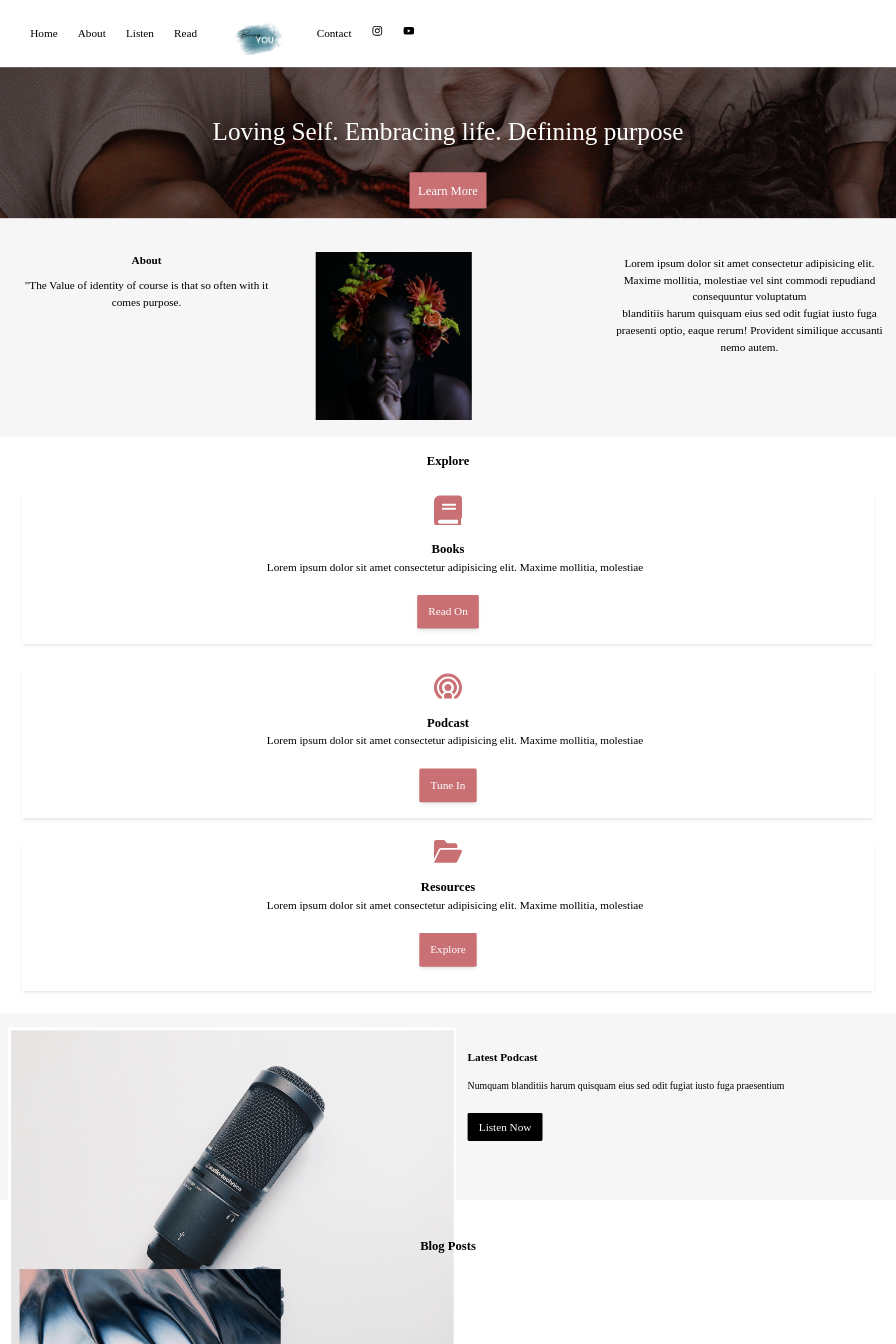
Repository: BrightonMboya/being-you
Page: /
The author's editor kept a copy of each file at every save. The page is drawn from the files as they stood at one save, then again after the next save.
The browser window is 1280 px wide. The pictures show the part of the page from y = 0 to 1920 px (the page is 2948 px tall), at 70% of full size.
The project was rebuilt for these pictures with package versions that can differ from the ones it lists, and the page was loaded fresh each time.

Above is the page before, as saved 2022-05-29 10:33:27.

### src/index.css
@tailwind base;
@tailwind components;
@tailwind utilities;

@layer base {
    html {
        font-family: Cormorant Garamond;
    }
}

### src/App.js
import React from "react";
import NavBar from './Components/Navbar/NavBar';
import HeroSection from "./Components/Hero-Section/HeroSection";
import About from "./Components/About/About"
import Explore from "./Components/Podcast/Explore";
import Podcast from "./Components/Podcast/Podcast";
import Blogs from "./Components/Blog/Blogs";
import Footer from "./Components/Footer/Footer";

function App() {
  return (
    <React.Fragment>
     <NavBar/>
     <HeroSection/>
     <About/>
     <Explore/>
     <Podcast/>
     <Blogs/>
     <Footer/>
    </React.Fragment>
  );
}

export default App;

### src/Components/Navbar/NavBar.jsx
import React, { useState } from 'react'
import { Link } from 'react-scroll'
import logo from '../../assets/logo.png'
import { FaBars, FaTimes, FaInstagram, FaYoutube } from 'react-icons/fa'

const NavBar = () => {
  const [nav, setNav] = useState(false)
  const handleClick = () => setNav(!nav)
  return (
    <React.Fragment>
      <div className="flex items-center justify-between shadow-md">
        <div className="md:hidden">
          <img src={logo} alt="" className="object-cover w-28 h-28" />
        </div>

        {/* menu */}
        <ul className="hidden md:flex gap-[4vh] ml-[6vh] mt-4">
          <li className="mt-5">
            <Link to="home" smooth={true} duration={500}>
              Home
            </Link>
          </li>
          <li className="mt-5">
            <Link to="about" smooth={true} duration={500}>
              About
            </Link>
          </li>
          <li className="mt-5">
            <Link to="listen" smooth={true} duration={500}>
              Listen
            </Link>
          </li>
          <li className="mt-5">
            <Link to="read" smooth={true} duration={500}>
              Read
            </Link>
          </li>
          <li>
            <img src={logo} alt="" className="object-cover w-30 h-20" />
          </li>
          <li className="mt-5">
            <Link to="contact" smooth={true} duration={500}>
              Contact
            </Link>
          </li>
          <li className="mt-5">
            <FaInstagram className="w-full" />
          </li>
          <li className="mt-5">
            <FaYoutube />
          </li>
        </ul>

        {/* Hamburger Menu */}
        <div className="md:hidden z-10" onClick={handleClick}>
          {!nav ? (
            <FaBars className="text-2xl w-full mr-8" />
          ) : (
            <FaTimes className="text-3xl  mr-3" />
          )}
        </div>

        {/* mobile menu */}
        <ul
          className={
            !nav
              ? 'hidden'
              : 'absolute top-0 left-0 w-full h-[60vh] flex flex-col justify-center items-center'
          }
        >
          <li className="text-2xl py-5">
            <Link onClick={handleClick} to="home" smooth={true} duration={500}>
              Home
            </Link>
          </li>
          <li className="text-2xl">
            <Link to="about" smooth={true} duration={500}>
              About
            </Link>
          </li>
          <li className="text-2xl">
            <Link to="listen" smooth={true} duration={500}>
              Listen
            </Link>
          </li>
          <li className="text-2xl">
            <Link to="read" smooth={true} duration={500}>
              Read
            </Link>
          </li>

          <li className="text-2xl">
            <Link to="contact" smooth={true} duration={500}>
              Contact
            </Link>
          </li>
        </ul>
      </div>
    </React.Fragment>
  )
}

export default NavBar

### src/Components/Hero-Section/HeroSection.jsx
import React from 'react'
import hero from '../../assets/hero.png'

const HeroSection = () => {
  return (
    <div
      style={{
        backgroundImage: `url(${hero})`,
        objectPosition: 'cover',
      }}
      className="object-cover bg-cover bg-no-repeat h-[30vh] md:h-[30vh]"
    >
      <div className="flex flex-col items-center justify-center pt-[7vh]">
        <h3 className="text-center text-xl text-white font-medium py-[3vh] md:text-4xl">
          Loving Self. Embracing life. Defining purpose
        </h3>

        <button className="bg-[#C87073] text-white py-1.5 mt-4 px-2.5 rounded-sm font-normal text-base md:py-3 px-3 text-lg">
          Learn More
        </button>
      </div>
    </div>
  )
}

export default HeroSection

### src/Components/About/About.jsx
import React from "react";
import about from "../../assets/about.jpg";

const About = () => {
  return (
    <div className="flex flex-col justify-center items-center bg-[#F6F6F6]">
      <div className="py-6 md:grid grid-cols-3 gap-3">
        <div className="mt-6">
          <h3 className="text-center font-semibold">About</h3>
          <p className="text-center px-4 md:mt-3">
            "The Value of identity of course is that so often with it comes
            purpose.
          </p>
        </div>
        <div>
          <img src={about} alt="" className="mt-6 px-[10vh] h-60 md:px-5" />
        </div>
        <p className="text-center px-3 text-sm mt-7 md:text-base">
          Lorem ipsum dolor sit amet consectetur adipisicing elit. Maxime
          mollitia, molestiae vel sint commodi repudiand consequuntur voluptatum
          <br />
          blanditiis harum quisquam eius sed odit fugiat iusto fuga praesenti
          optio, eaque rerum! Provident similique accusanti nemo autem.
        </p>
      </div>
    </div>
  );
};

export default About;

### src/Components/Podcast/Explore.jsx
import React from "react";
import ExploreCard from "./ExploreCard";
import book from "../../assets/book.svg";
import podcast from "../../assets/podcast.svg";
import resources from "../../assets/resources.svg";

const Explore = () => {
  return (
    <div className="mt-5">
      <h3 className="text-center font-semibold text-lg">Explore</h3>
      <div className="flex flex-col px-8">
        <ExploreCard
          image={book}
          title="Books"
          description="Lorem ipsum dolor sit amet consectetur adipisicing elit. Maxime mollitia, molestiae "
          action="Read On"
        />
        <ExploreCard
          image={podcast}
          title="Podcast"
          description="Lorem ipsum dolor sit amet consectetur adipisicing elit. Maxime mollitia, molestiae "
          action="Tune In"
        />
        <ExploreCard
          image={resources}
          title="Resources"
          description="Lorem ipsum dolor sit amet consectetur adipisicing elit. Maxime mollitia, molestiae "
          action="Explore"
        />

      </div>
    </div>
  );
};

export default Explore;

### src/Components/Podcast/Podcast.jsx
import React from "react";
import mic from "../../assets/mic.jpg";

const Podcast = () => {
  return (
    <div className="bg-[#F6F6F6] mt-8 h-[37vh]">
      <div className="grid grid-cols-2">
        <img
          src={mic}
          alt=""
          className="h-full w-25 object-cover ml-3  mt-5 border-4 border-white"
        />
        <div className="mt-[7vh] ml-7">
          <h3 className="font-semibold">Latest Podcast</h3>
          <p className="text-sm mr-5 mt-5">
            Numquam blanditiis harum quisquam eius sed odit fugiat iusto fuga
            praesentium
          </p>

          <button className="mt-7 bg-black text-white px-4 py-2 rounded-sm shadow-mdF">
            Listen Now
          </button>
        </div>
      </div>
    </div>
  );
};

export default Podcast;

### src/Components/Blog/Blogs.jsx
import React from "react";
import BlogCard from "./BlogCard";
import blog from "../../assets/blog.png";

const Blogs = () => {
  return (
    <div>
      <div className="mt-[7vh]">
        <h3 className="text-center font-semibold text-lg">Blog Posts</h3>
        <div>
          <BlogCard
            image={blog}
            title="Stay positive this blue monday"
            description="Looking for ways to reduce back pain during an episode of
            discomfort or manage your bad back in a more effective manner? Check out this guide from..."
          />
          <BlogCard
            image={blog}
            title="5 tips to reduce back pain"
            description="Looking for ways to reduce back pain during an episode of
            discomfort or manage your bad back in a more effective manner? Check out this guide from..."
          />
          <BlogCard
            image={blog}
            title="how scary movies can help us relax"
            description="ooking for ways to reduce back pain during an episode of
            discomfort or manage your bad back in a more effective manner? Check out this guide from..."
          />
        </div>

        <div className="flex items-center justify-center mb-5">
          <button className="mt-7 bg-[#C87073] text-white px-4 py-2 rounded-sm shadow-md">
            View All Blogs
          </button>
        </div>
      </div>
    </div>
  );
};

export default Blogs;

### src/Components/Footer/Footer.jsx
import React from "react";
import logo2 from '../../assets/logo2.png'
import {FaInstagram, FaTwitter, FaYoutube} from 'react-icons/fa'

const Footer = () => {
    const year = new Date().getFullYear();
  return <div className="bg-[#C87073] flex justify-between items-center">
      <div>
          <img src={logo2} alt="" className="h-full w-40" />
      </div>

      <div>
        <h2 className="text-sm">{year} Being You. All right reserved</h2>
      </div>

      <div className="flex gap-3 mr-3">
          <FaInstagram/>
          <FaTwitter/>
          <FaYoutube/>
      </div>
  </div>;
};

export default Footer;

### src/Components/Podcast/ExploreCard.jsx
import React from "react";

const ExploreCard = (props) => {
  return (
    <div className="mt-8">
      <div className="flex flex-col items-center shadow-md h-[30vh]">
        <img src={props.image} alt="" />
        <h3 className="mt-5 font-semibold text-lg">{props.title}</h3>
        <p className="ml-5">{props.description}</p>

        <button className="mt-7 bg-[#C87073] text-white px-4 py-3 rounded-sm shadow-md">{props.action}</button>
      </div>
    </div>
  );
};

export default ExploreCard;

### src/Components/Blog/BlogCard.jsx
import React from 'react'

const BlogCard = (props) => {
  return (
    <div>
        <div className='px-7'>
            <img src={props.image} alt="" className='mt-5 object-cover'/>
            <h3 className='mt-4 font-semibold text-base'>{props.title}</h3>
            <p>{props.description}</p>
        </div>
    </div>
  )
}

export default BlogCard

Loaded but not shown: public/index.html (common file); src/index.js (common file); tailwind.config.js (common file)

After the next save:
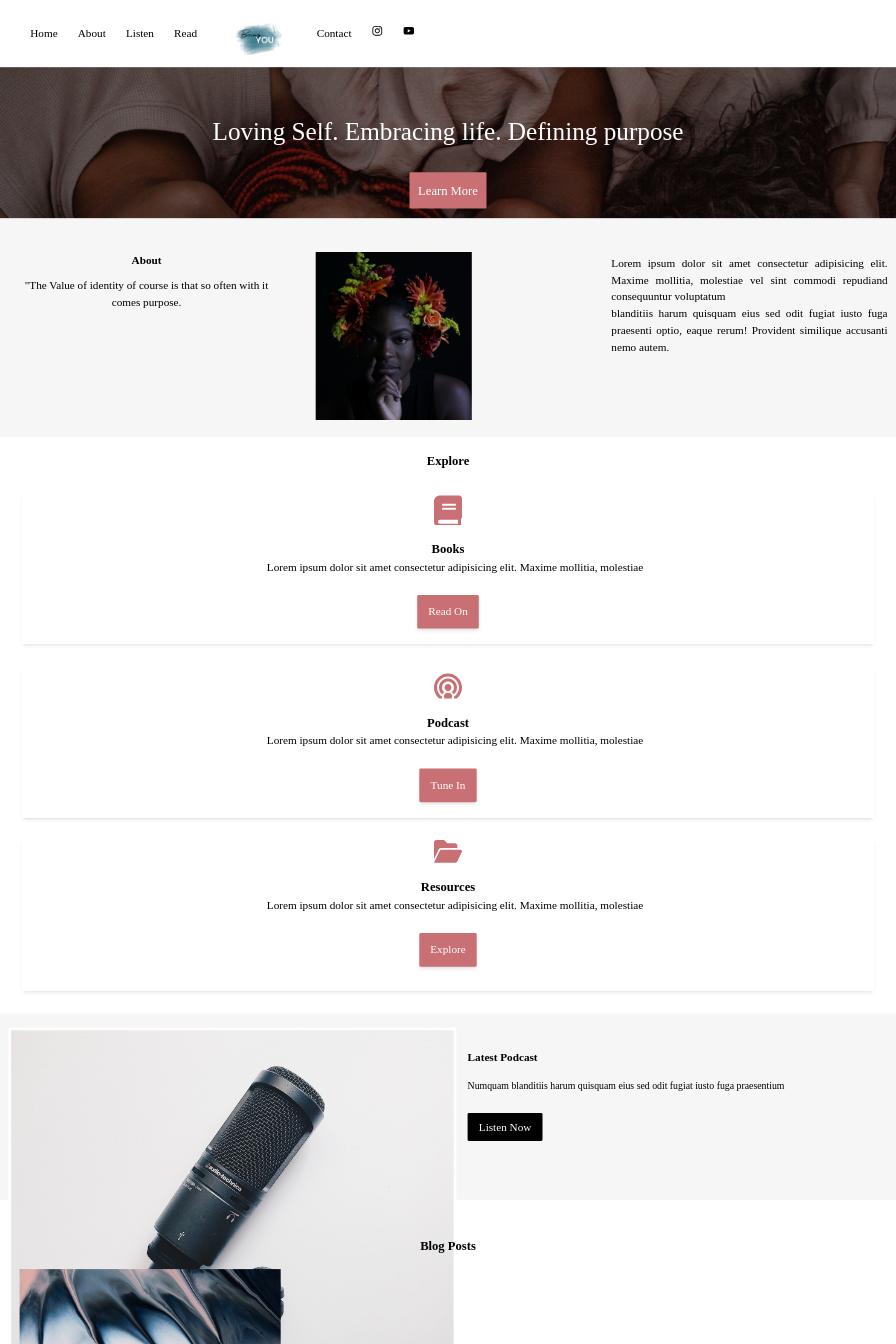
Saved 14 s later.
--- a/src/Components/About/About.jsx
+++ b/src/Components/About/About.jsx
@@ -15,7 +15,7 @@ const About = () => {
         <div>
           <img src={about} alt="" className="mt-6 px-[10vh] h-60 md:px-5" />
         </div>
-        <p className="text-center px-3 text-sm mt-7 md:text-base">
+        <p className="text-center px-3 text-sm mt-7 md:text-base text-justify">
           Lorem ipsum dolor sit amet consectetur adipisicing elit. Maxime
           mollitia, molestiae vel sint commodi repudiand consequuntur voluptatum
           <br />
